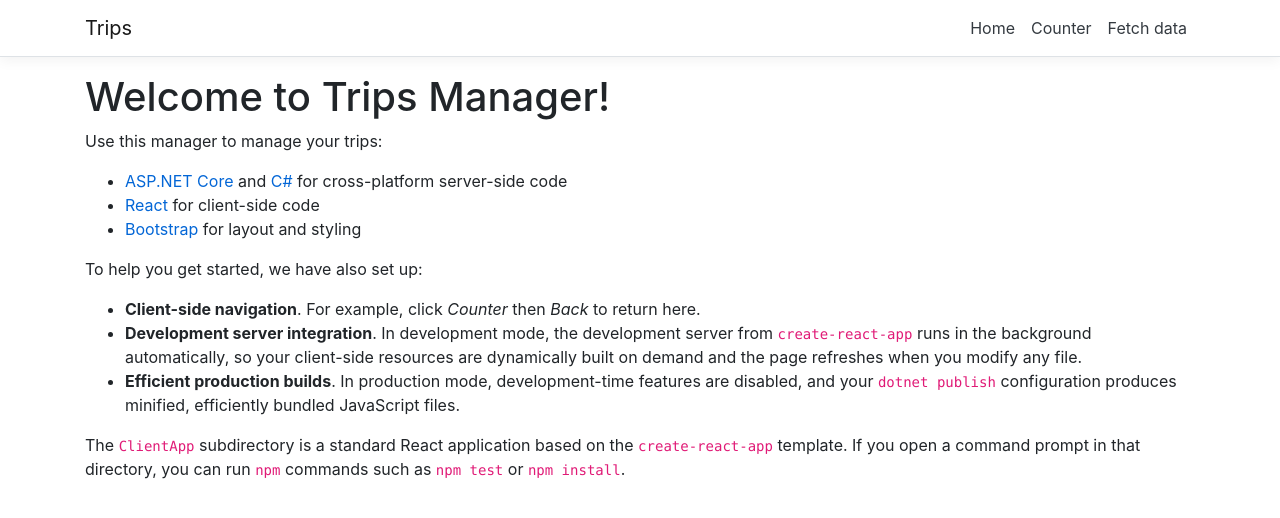
Repository: DevLuDaley/Trips
Page: / (app in ClientApp/)
An editor plug-in stored every save of this project. The page is shown before and after a run of saves, followed by the edit.
The browser window is 1280 px wide. The pictures show the whole page.
The project was rebuilt for these pictures with package versions that can differ from the ones it lists, and the page was loaded fresh each time. Also part of the build but not shown: ClientApp/src/components/FetchData.js, ClientApp/src/components/Counter.js, ClientApp/src/components/Trip/Trips.jsx.

Above is the page before, as saved 2020-11-06 10:47:42.

After the next 2 saves:
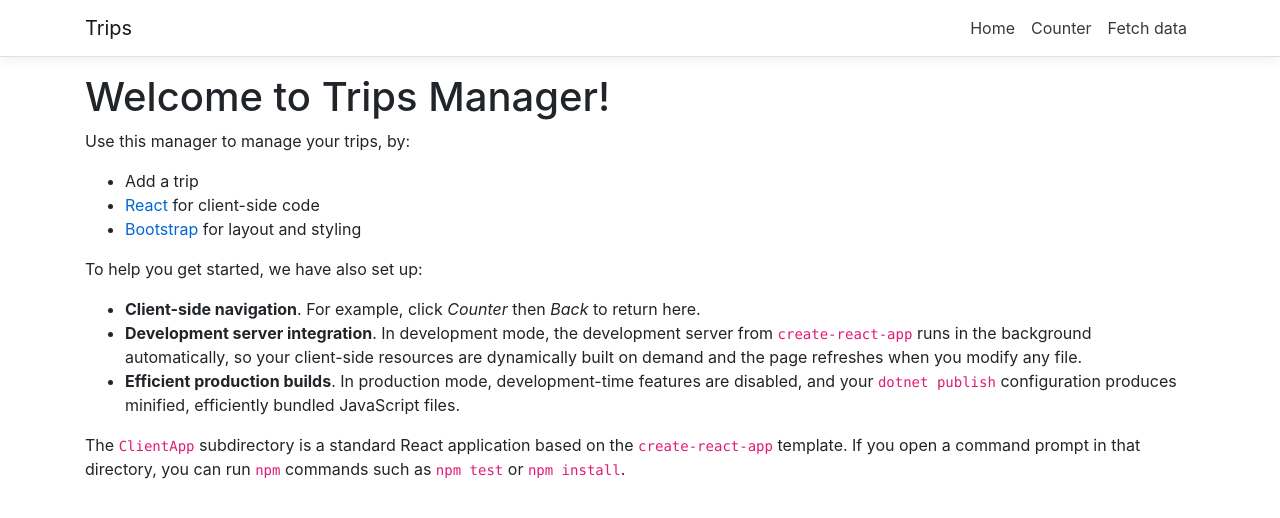
The 2 saves are shown as one change because 1 did not build or start.
The last was saved 61 s later.
--- a/ClientApp/src/components/Home.js
+++ b/ClientApp/src/components/Home.js
@@ -7,9 +7,9 @@ export class Home extends Component {
     return (
       <div>
         <h1>Welcome to Trips Manager!</h1>
-        <p>Use this manager to manage your trips:</p>
+        <p>Use this manager to manage your trips, by:</p>
         <ul>
-          <li><a href='https://get.asp.net/'>ASP.NET Core</a> and <a href='https://msdn.microsoft.com/en-us/library/67ef8sbd.aspx'>C#</a> for cross-platform server-side code</li>
+          <li>Add a trip</li>
           <li><a href='https://facebook.github.io/react/'>React</a> for client-side code</li>
           <li><a href='http://getbootstrap.com/'>Bootstrap</a> for layout and styling</li>
         </ul>
